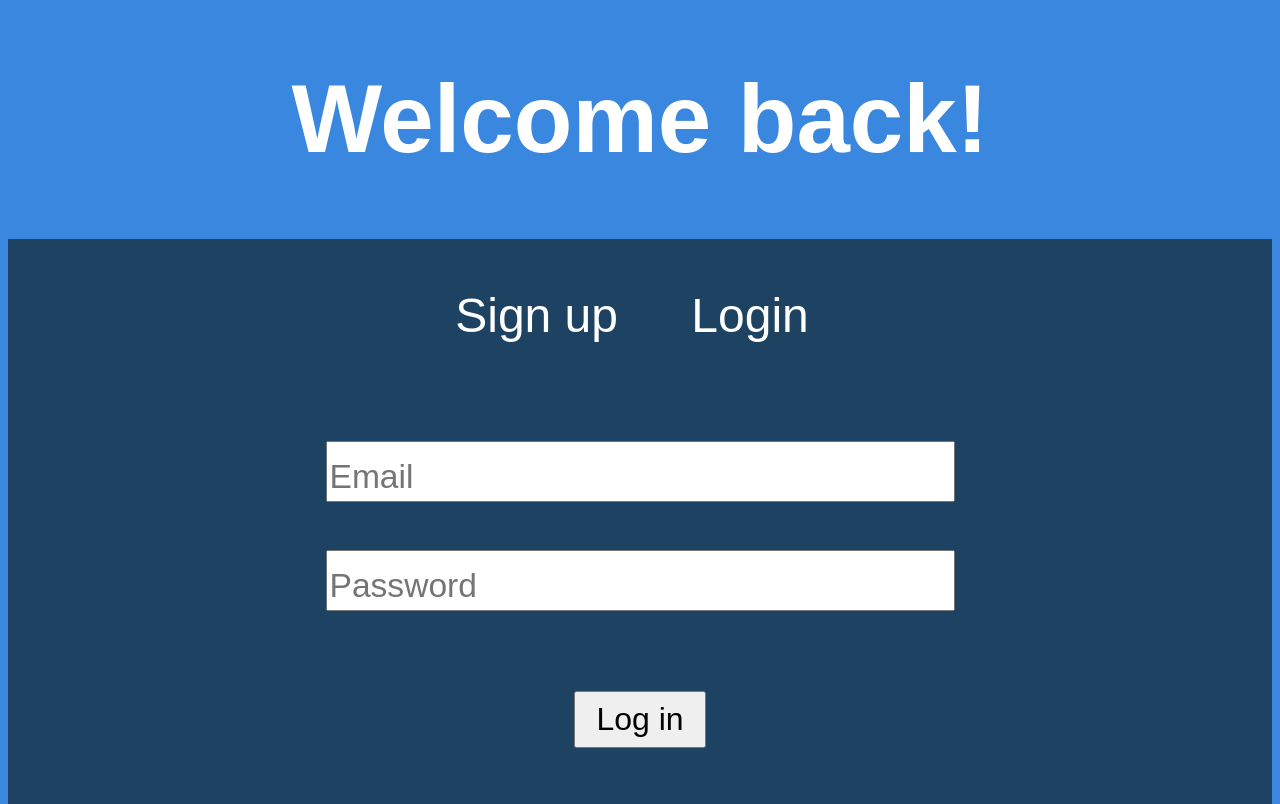
Repository: NicolasssCarlos/basic-flask-login
Page: http://localhost/
The author's editor kept a copy of each file at every save. The page is drawn from the files as they stood at one save, then again after the next save.
The browser window is 1280 px wide. The pictures show the whole page.
The page is served by the project's application, run on Flask 3 (app.py).

Above is the page before, as saved 2025-06-11 20:53:37.

After the next save:
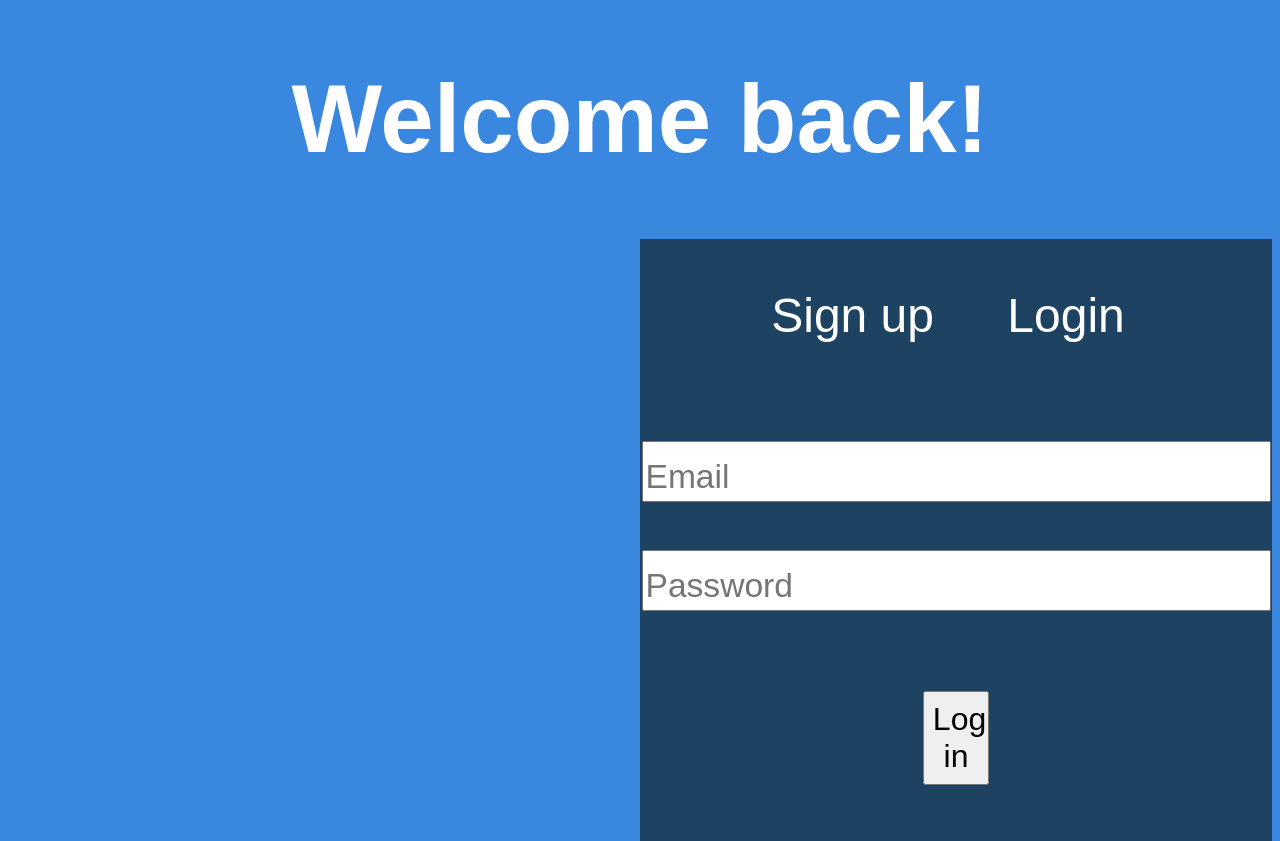
Saved 61 s later.
--- a/static/main.css
+++ b/static/main.css
@@ -44,19 +44,22 @@
     color: #fff;
 
 
-    width: 100%;
-
-
-    align-items: center;
-
-
-    justify-content: center;
-
-
-    text-align: center;
-
-
-
+    width: 50%;
+
+
+    align-items: center;
+
+
+    justify-content: center;
+
+
+    text-align: center;
+
+
+    margin-left: 50%;
+
+
+    margin-right: 50%;
 
 
 }
